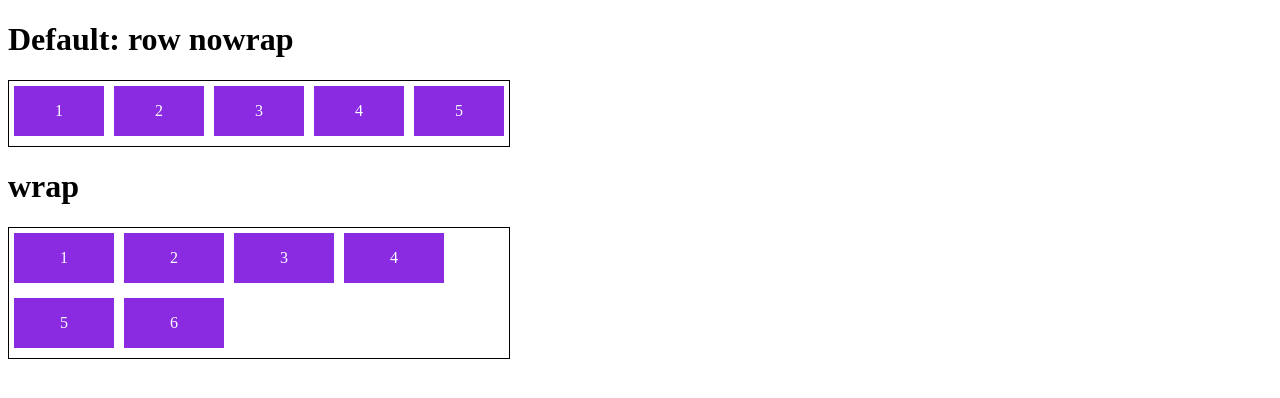
Repository: gabrielbino/projects-dio
Page: Flexbox/@flex-flow.html
These files come from the project's save history. The page is drawn as it stood at one moment and after the next save; the edit follows.
The browser window is 1280 px wide. The pictures show the whole page.

Above is the page before, as saved 2021-10-22 17:06:29.

After the next save:
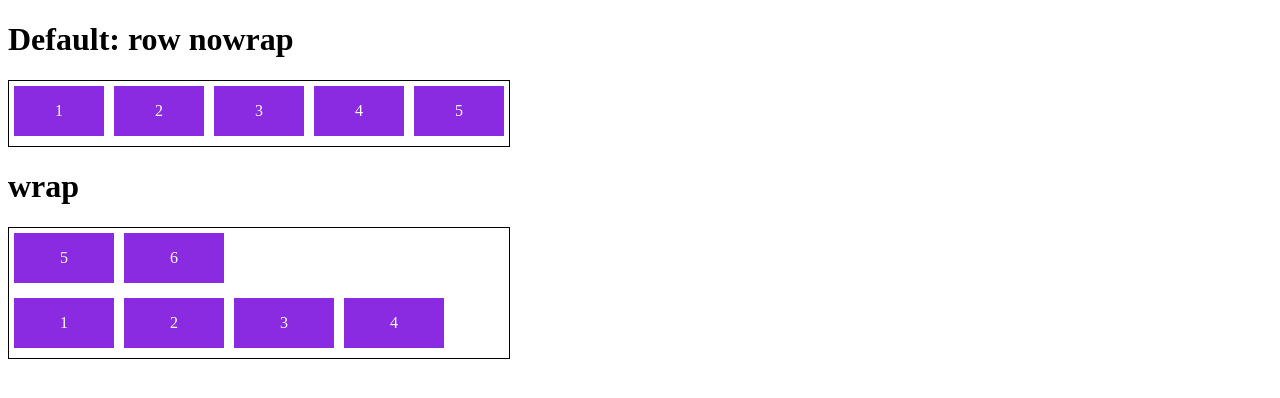
Saved 14 s later.
--- a/Flexbox/@flex-flow.html
+++ b/Flexbox/@flex-flow.html
@@ -17,7 +17,7 @@
       }
 
       .wrap {
-        flex-flow: row wrap;
+        flex-flow: row wrap-reverse;
       }
 
       .flexItem {

After the save that followed:
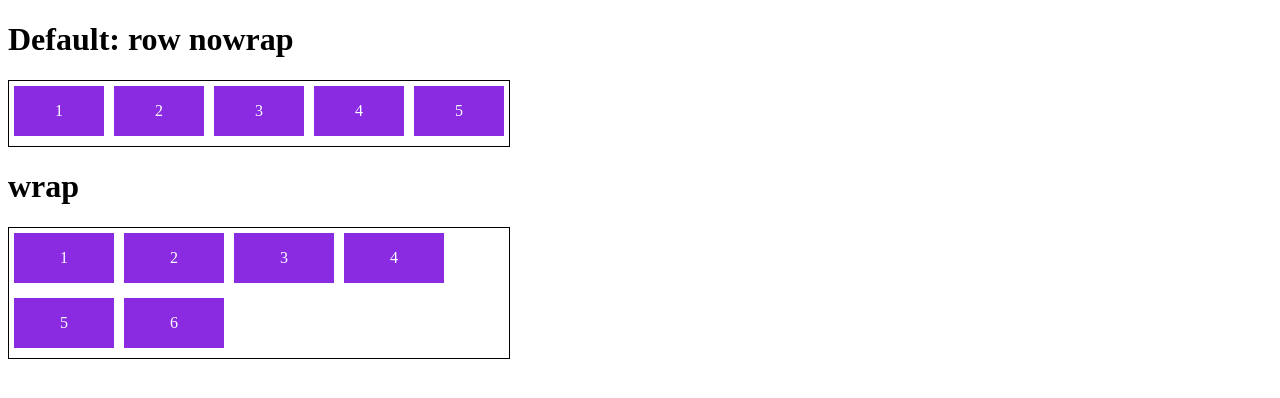
Saved 75 s later.
--- a/Flexbox/@flex-flow.html
+++ b/Flexbox/@flex-flow.html
@@ -17,6 +17,10 @@
       }
 
       .wrap {
+        flex-flow: row wrap;
+      }
+
+      .wrapReverse {
         flex-flow: row wrap-reverse;
       }
 
